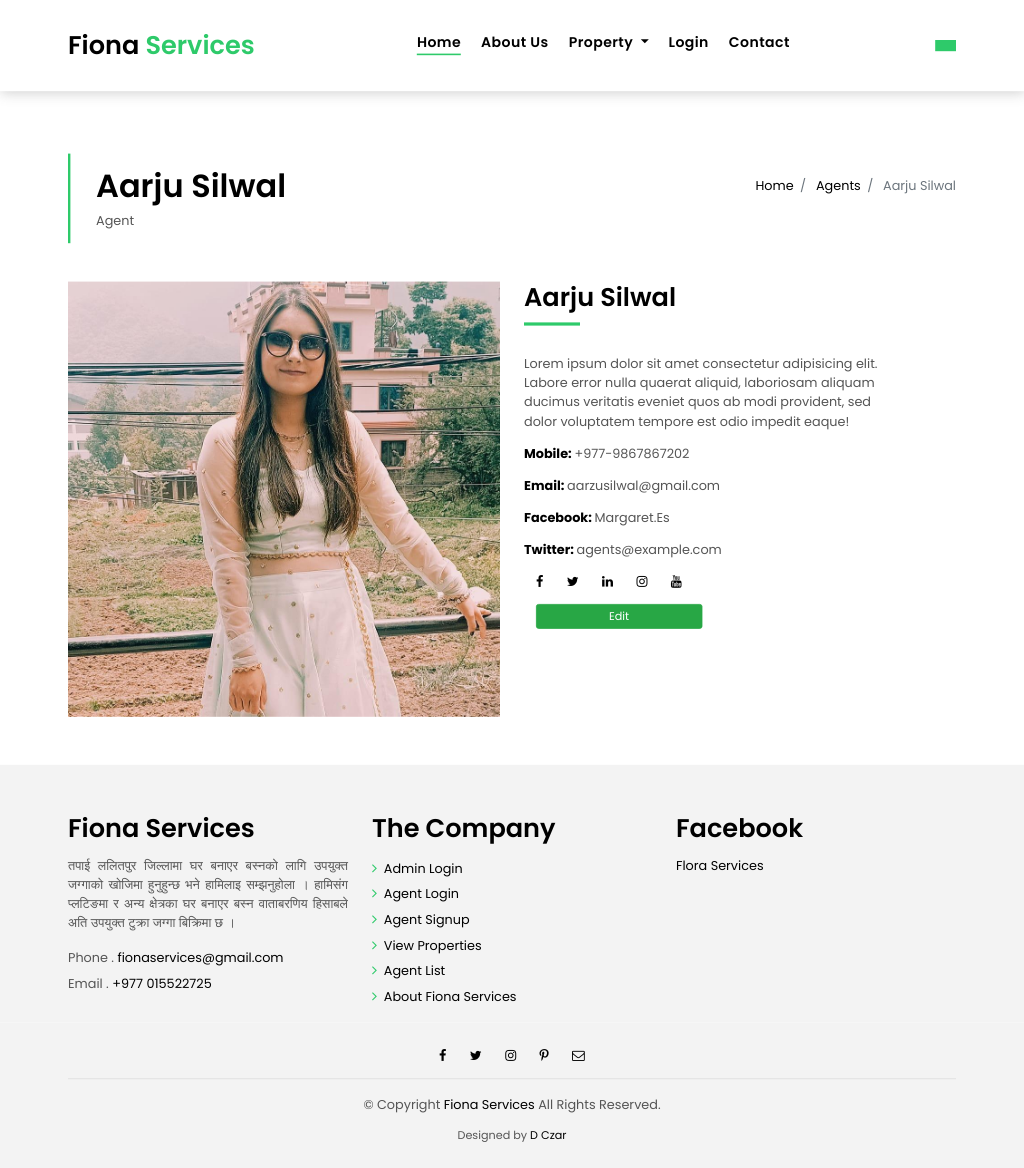
Repository: Sjuicyy/realstate
Page: profile.html
The author's editor kept a copy of each file at every save. The page is drawn from the files as they stood at one save, then again after a run of saves.
The browser window is 1280 px wide. The pictures show the whole page, at 80% of full size.

Above is the page before, as saved 2022-10-15 10:47:00.

After the next 2 saves:
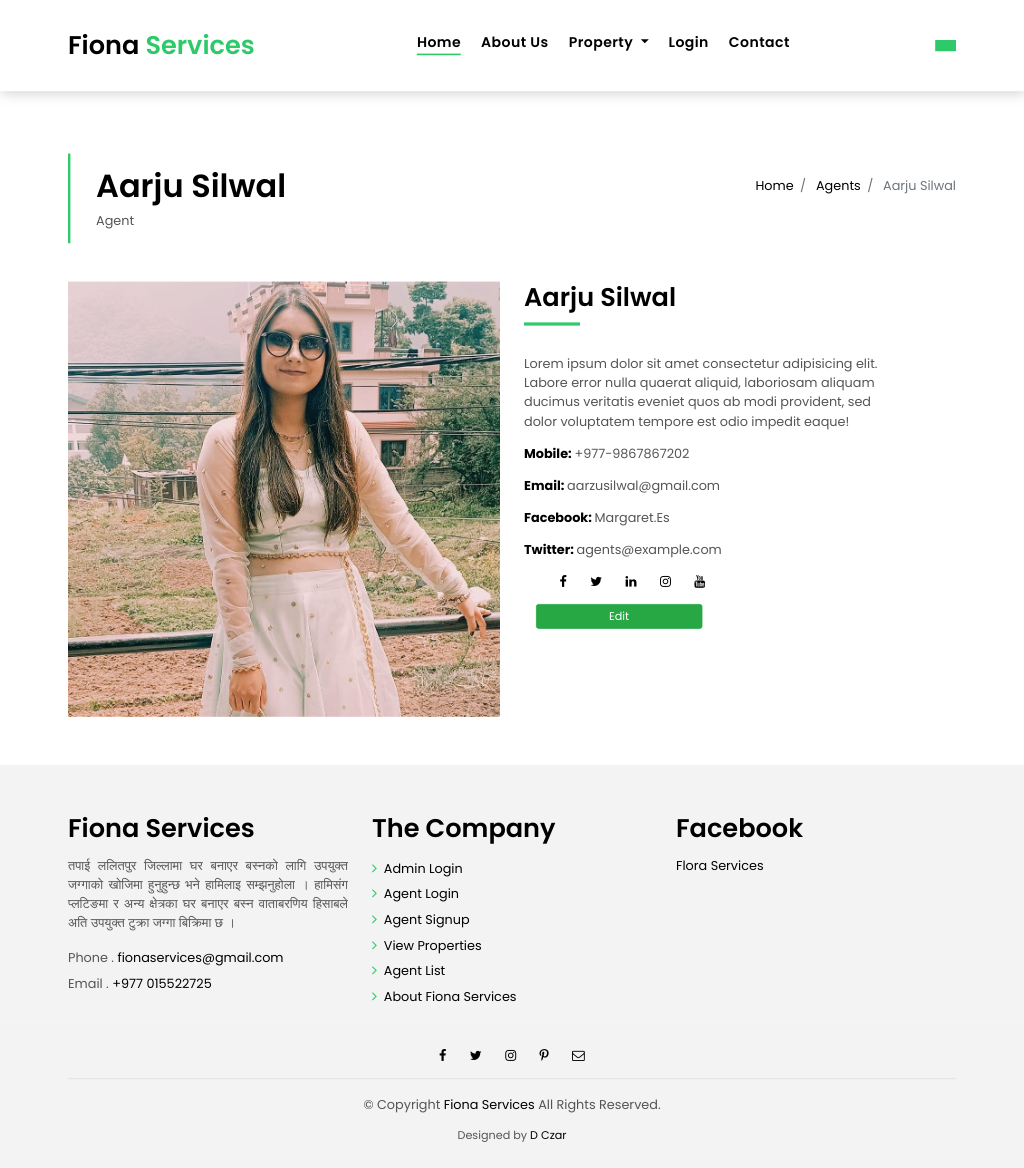
The 2 saves are shown as one change because they came seconds apart.
The last was saved 34 s later.
--- a/profile.html
+++ b/profile.html
@@ -162,6 +162,11 @@
                                             <ul class="list-inline">
                                                 <li class="list-inline-item">
                                                     <a href="#">
+                                                        <i class="fa fa-e" aria-hidden="true"></i>
+                                                    </a>
+                                                </li>
+                                                <li class="list-inline-item">
+                                                    <a href="#">
                                                         <i class="fa fa-facebook" aria-hidden="true"></i>
                                                     </a>
                                                 </li>
